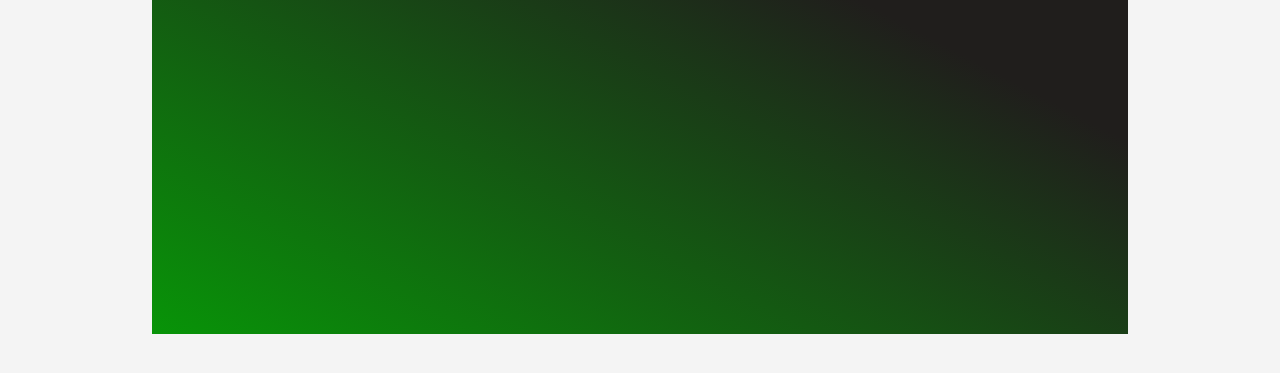
Repository: ChristianGecchelin/RickAndMortyApi
Page: public/index.html
The author's editor kept a copy of each file at every save. The page is drawn from the files as they stood at one save, then again after the next save.
The browser window is 1280 px wide. The pictures show the whole page.

Above is the page before, as saved 2022-01-05 18:06:29.

After the next save:
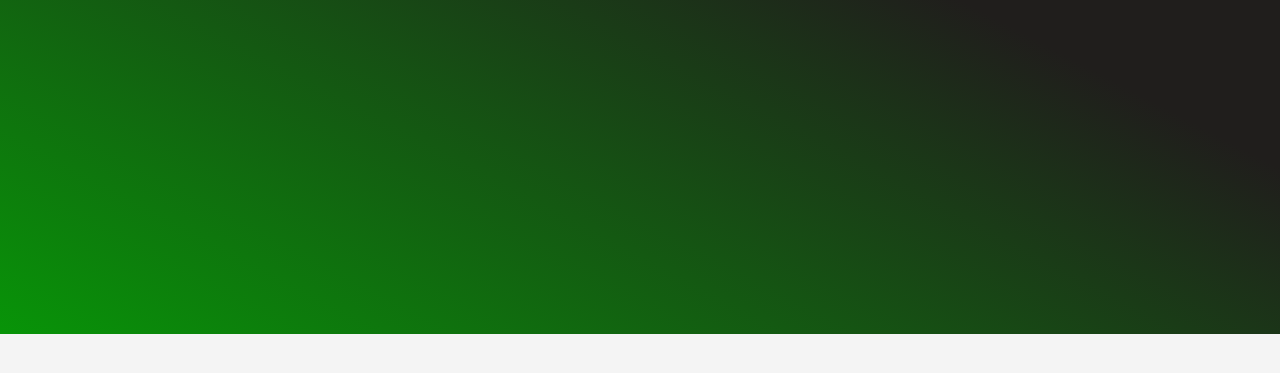
Saved 61 s later.
--- a/src/styles/styles.css
+++ b/src/styles/styles.css
@@ -37,7 +37,7 @@
 }
 
 .Main {
-  grid-template-columns: minmax(auto, 976px);
+  grid-template-columns: minmax(auto, 100%);
   display: grid;
   justify-content: center;
 }

After the save that followed:
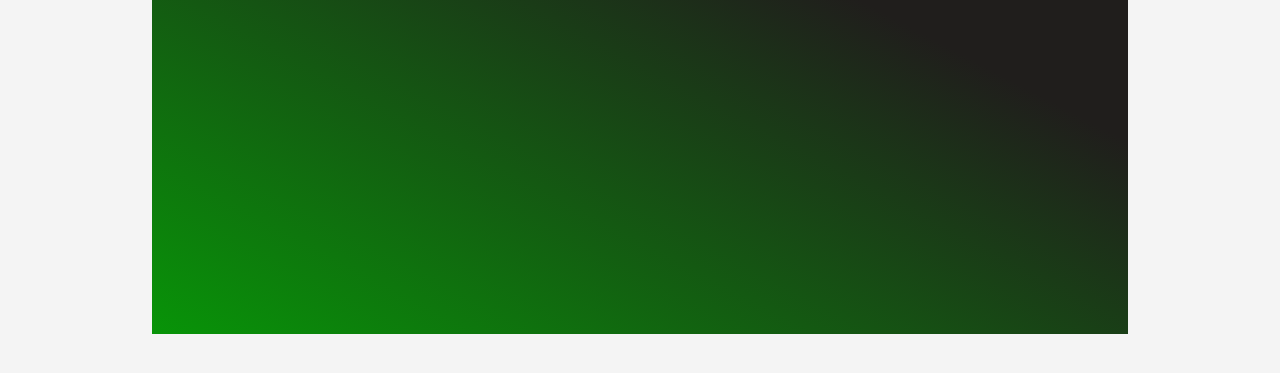
Saved 9 s later.
--- a/src/styles/styles.css
+++ b/src/styles/styles.css
@@ -37,7 +37,7 @@
 }
 
 .Main {
-  grid-template-columns: minmax(auto, 100%);
+  grid-template-columns: minmax(auto, 976px);
   display: grid;
   justify-content: center;
 }
